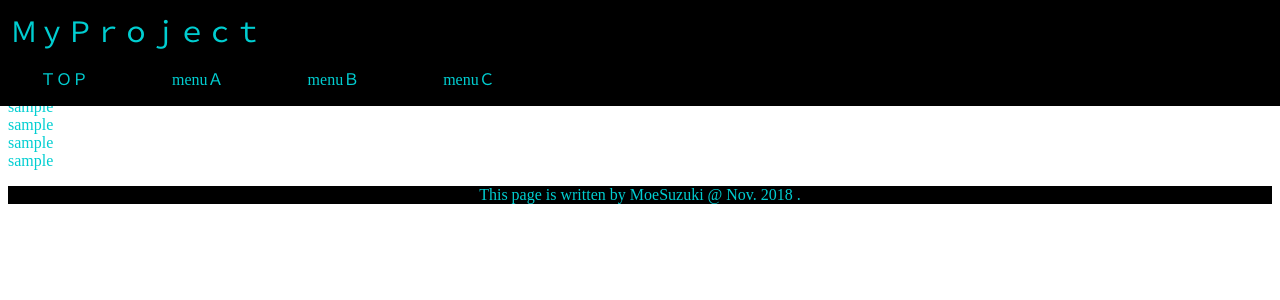
Repository: user10112018/test
Page: http://localhost/MyProject/jquery.jsp
The author's editor kept a copy of each file at every save. The page is drawn from the files as they stood at one save, then again after the next save.
The browser window is 1280 px wide. The pictures show the whole page.
The page is served by Tomcat 9.

Above is the page before, as saved 2018-11-20 06:31:08.

After the next save:
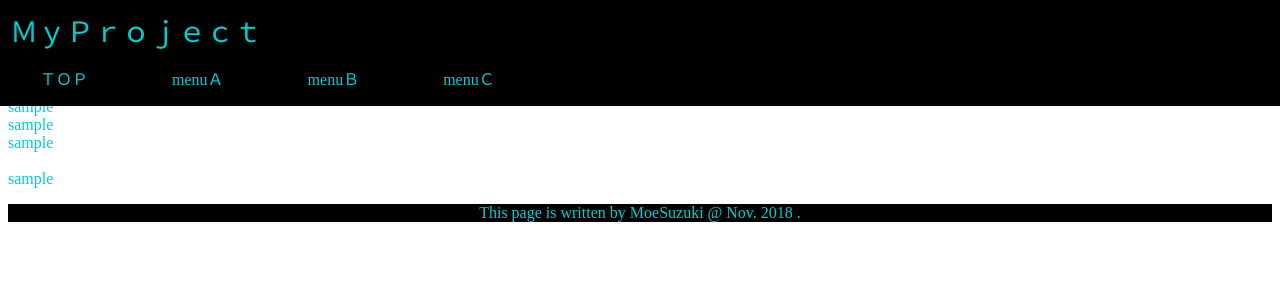
Saved 1 s later.
--- a/MyProject/WebContent/jquery.jsp
+++ b/MyProject/WebContent/jquery.jsp
@@ -65,7 +65,10 @@ sample
 sample
 <br>
 
+
+<div class="samp2">
 sample
+</div>
 <br>
 
 sample
